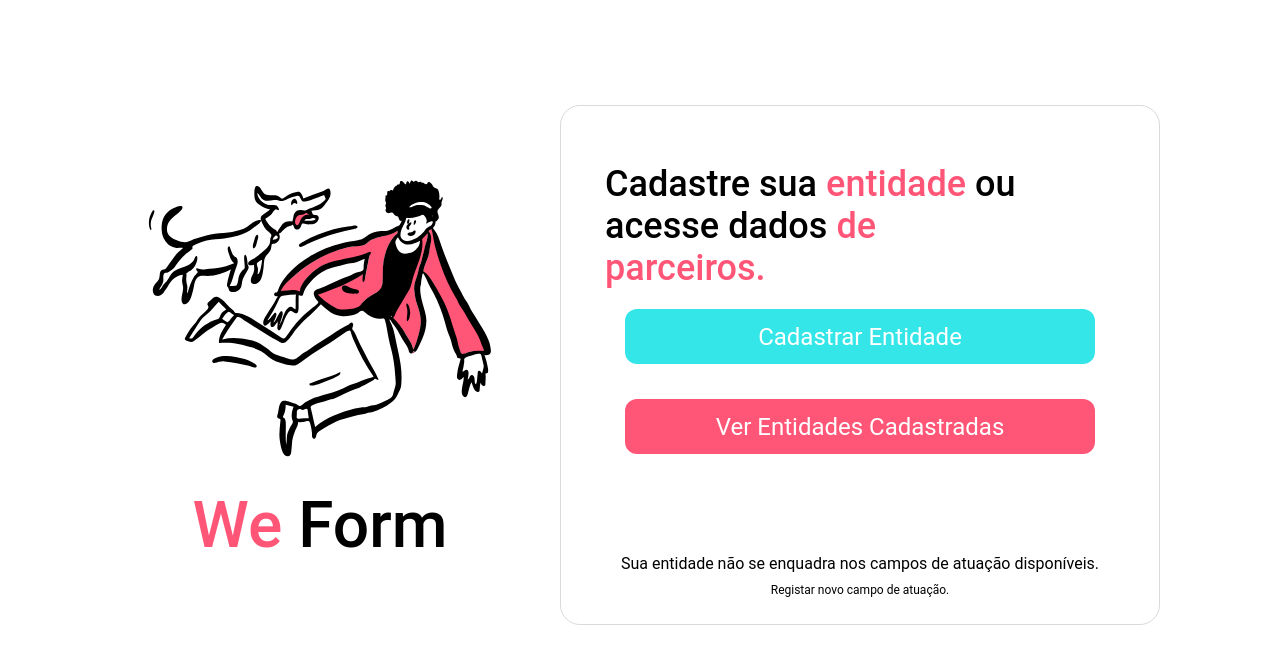
Repository: guilhermecardoso93/we-form
Page: nova-entidade.html
An editor plug-in stored every save of this project. The page is shown before and after the next save, followed by the edit.
The browser window is 1280 px wide. The pictures show the whole page.
Some web libraries are served in a nearby version.

Above is the page before, as saved 2024-06-09 17:56:50.

After the next save:
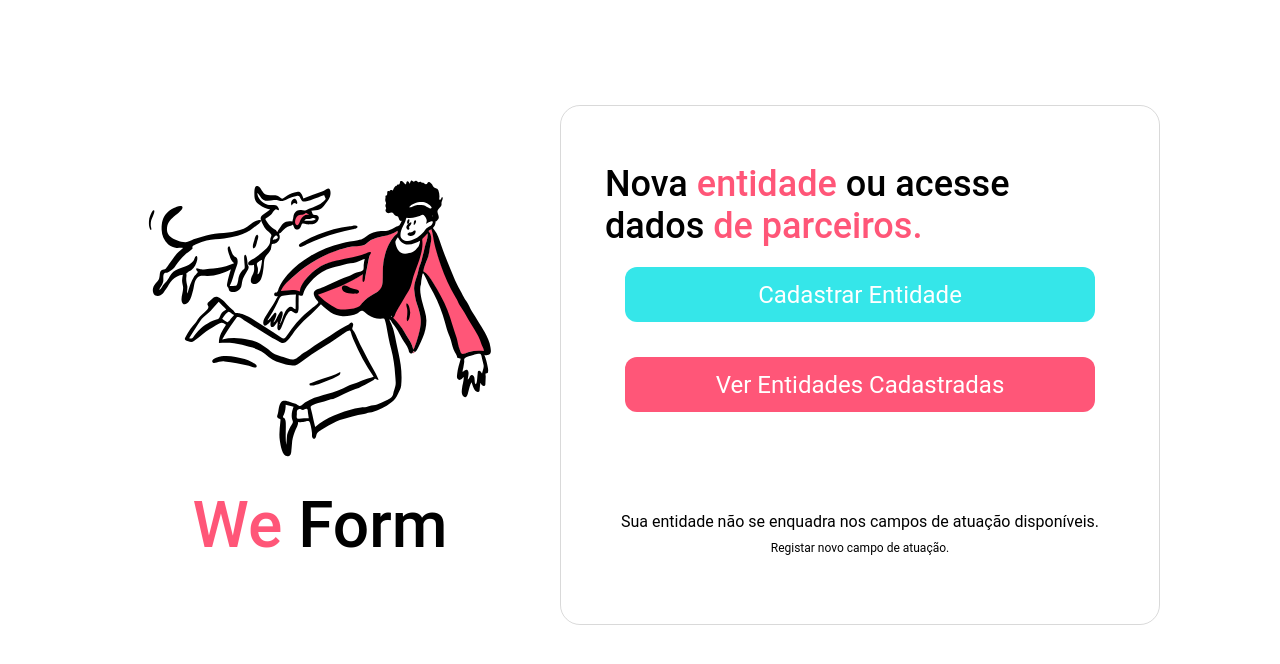
Saved 8 s later.
--- a/nova-entidade.html
+++ b/nova-entidade.html
@@ -20,7 +20,7 @@
         </aside>
 
         <main>
-            <h2>Cadastre sua <span>entidade</span> ou acesse dados <span>de parceiros.</span></h2>
+            <h2>Nova <span>entidade</span> ou acesse dados <span>de parceiros.</span></h2>
             <div class="buttons">
                 <button>
                 <a href="http://">Cadastrar Entidade</a>
